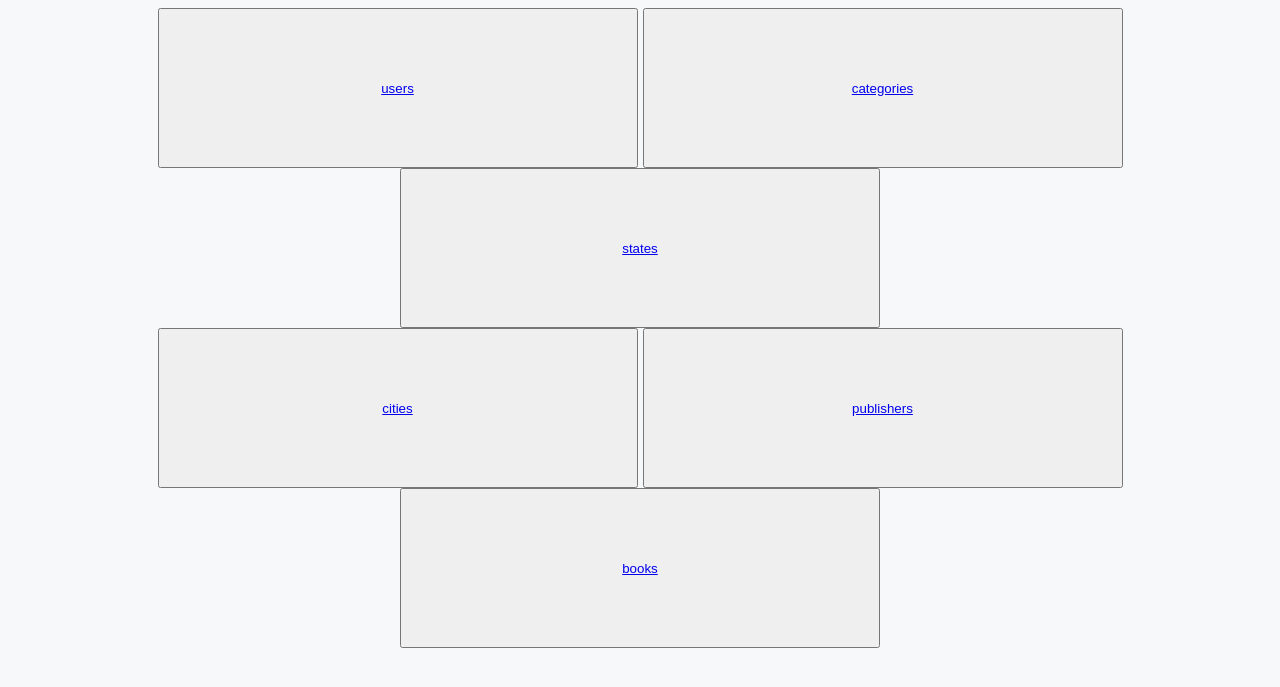
Repository: fontanive12/Biblioteca
Page: front/paginaInicial.html
These files come from the project's save history. The page is drawn as it stood at one moment and after the next save; the edit follows.
The browser window is 1280 px wide. The pictures show the whole page.

Above is the page before, as saved 2022-09-05 17:24:01.

After the next save:
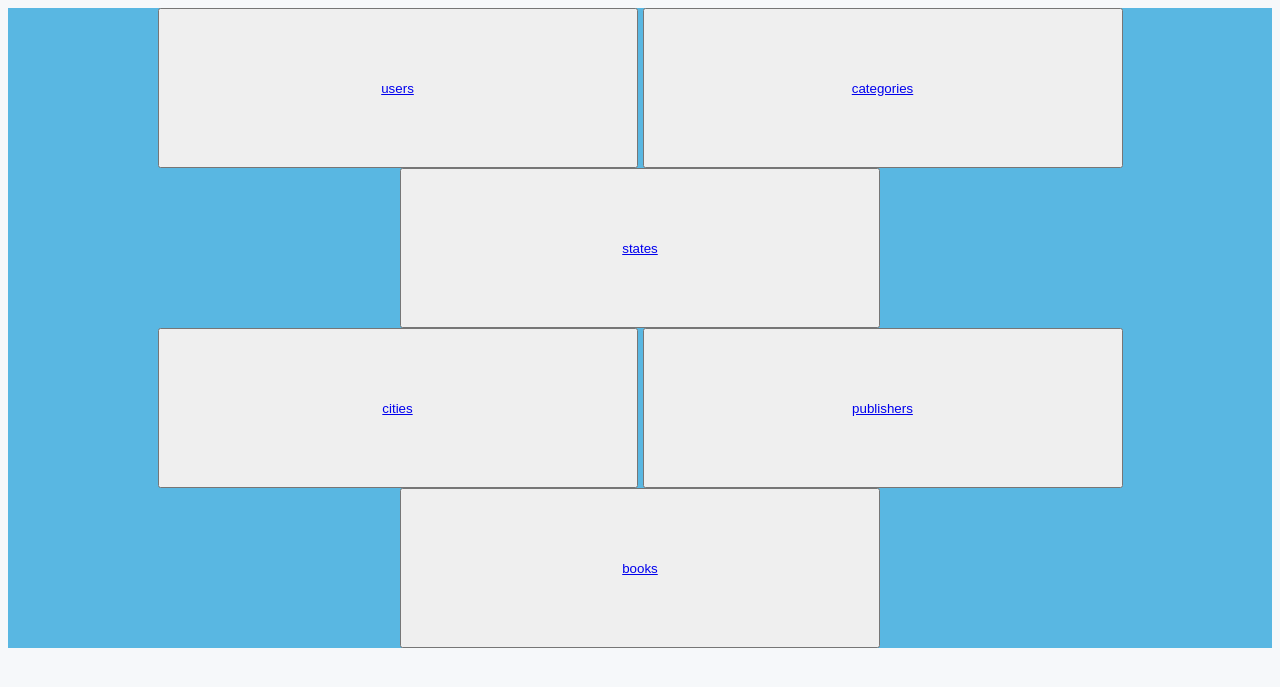
Saved 37 s later.
--- a/front/styles.css
+++ b/front/styles.css
@@ -18,6 +18,7 @@ td {
 }
 
 .containerButtons {
+  background-color: #59b7e2;
 }
 
 .buttonMenu {
